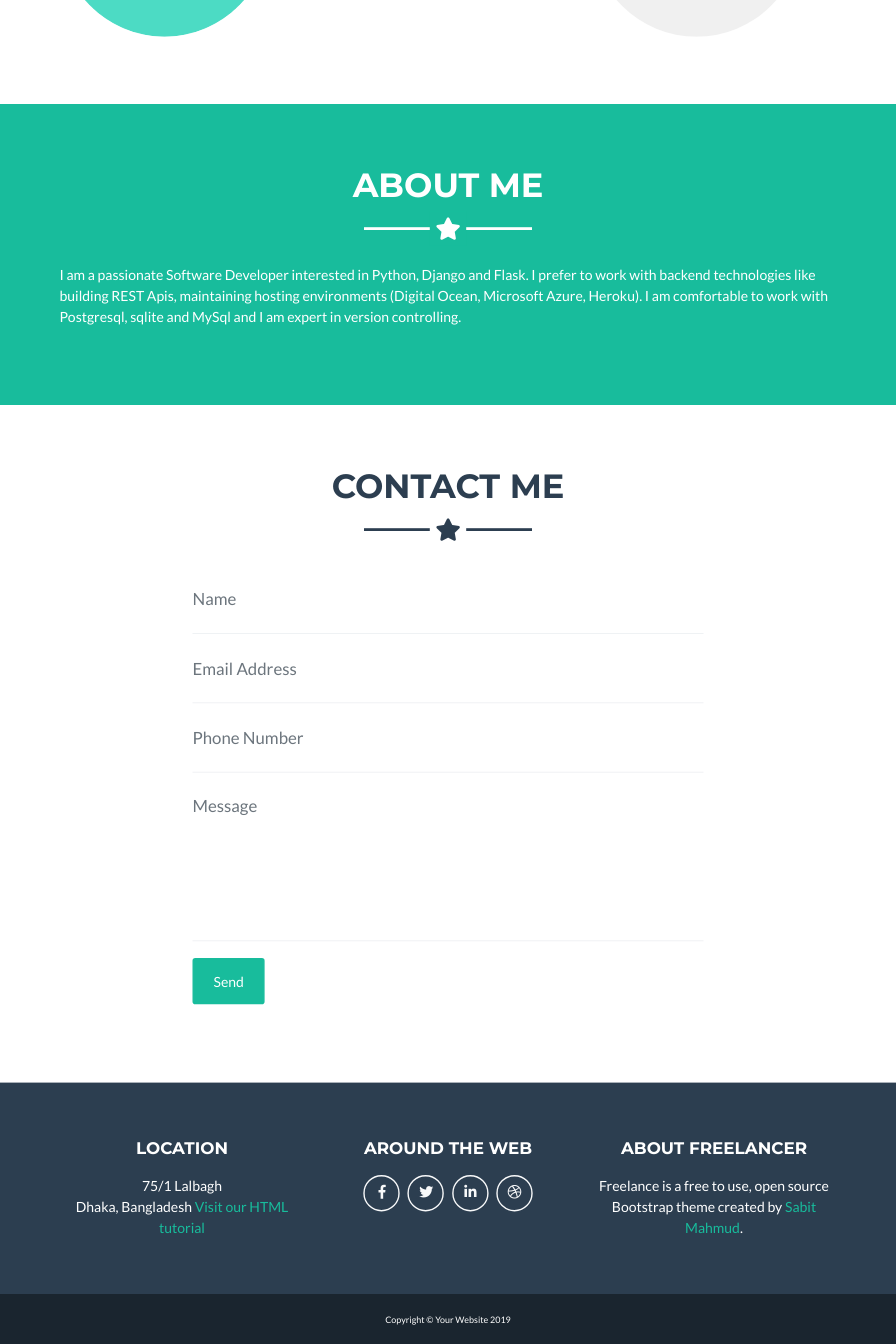
Repository: SabitDeepto/portfolio
Page: index.html
The author's editor kept a copy of each file at every save. The page is drawn from the files as they stood at one save, then again after the next save.
The browser window is 1280 px wide. The pictures show the part of the page from y = 1602 to 3522 px (the page is 3522 px tall), at 70% of full size.

Above is the page before, as saved 2019-04-05 12:07:24.

After the next save:
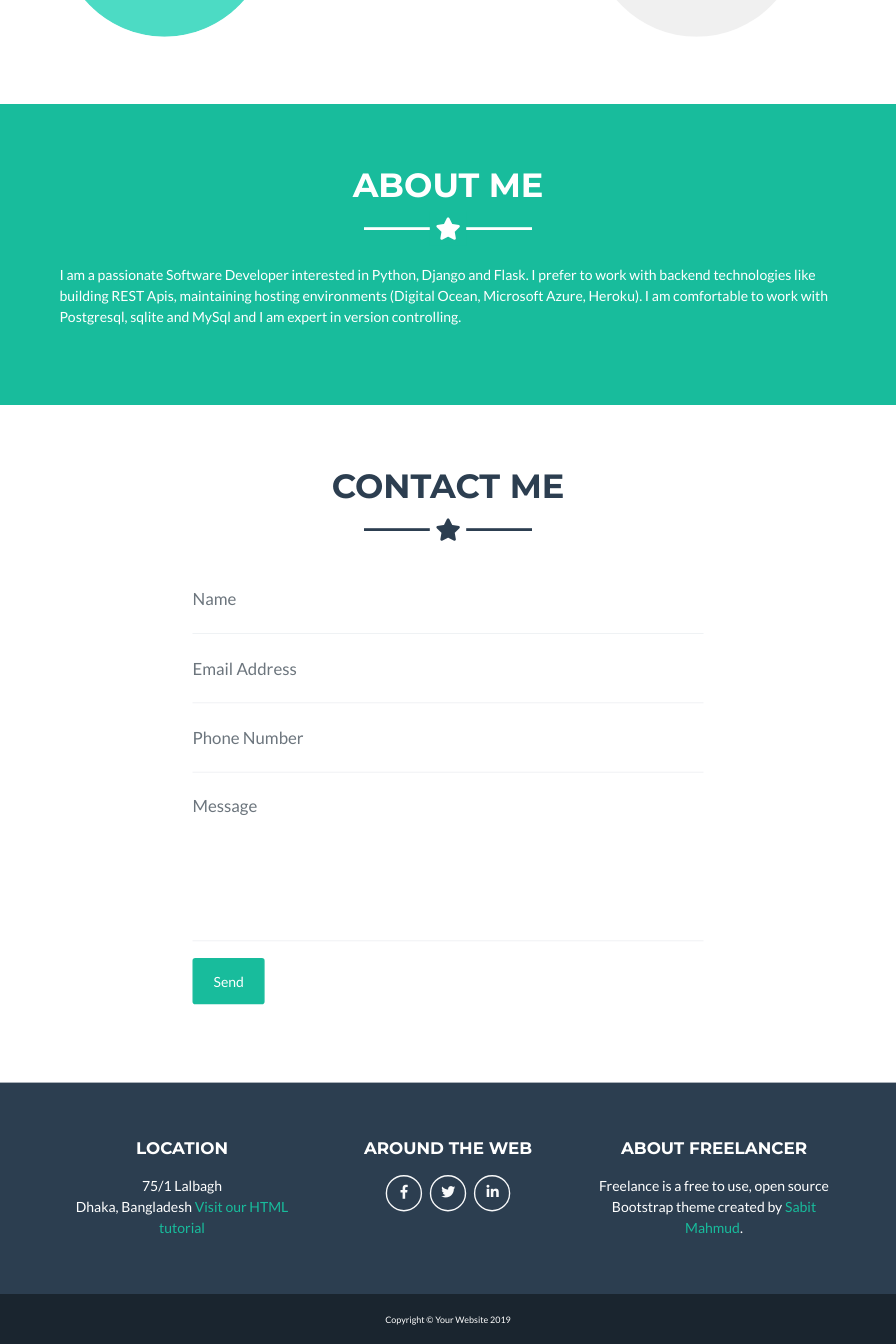
Saved 46 s later.
--- a/index.html
+++ b/index.html
@@ -234,11 +234,7 @@
                 <i class="fab fa-fw fa-linkedin-in"></i>
               </a>
             </li>
-            <li class="list-inline-item">
-              <a class="btn btn-outline-light btn-social text-center rounded-circle" href="#">
-                <i class="fab fa-fw fa-dribbble"></i>
-              </a>
-            </li>
+
           </ul>
         </div>
         <div class="col-md-4">
